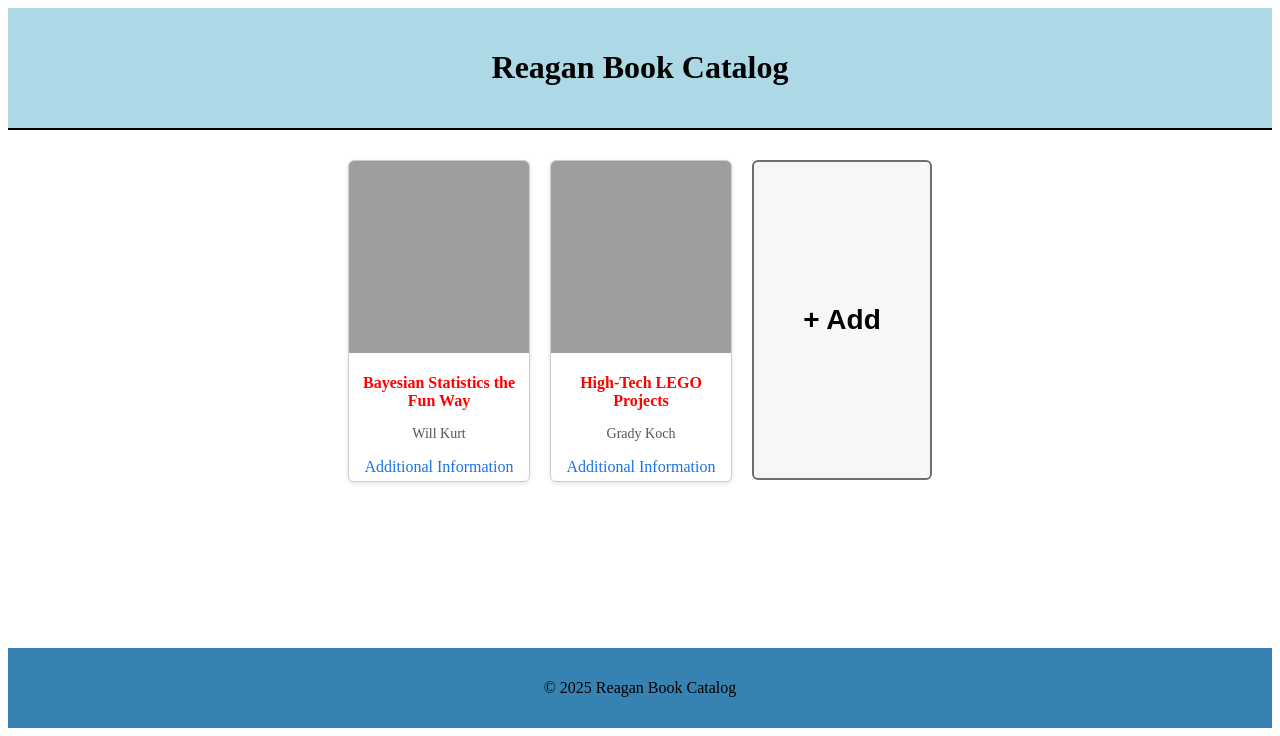
Repository: antyc0817/COMP-3170-Assignment-2-Reagan
Page: /
These files come from the project's save history. The page is drawn as it stood at one moment and after the next save; the edit follows.
The browser window is 1280 px wide. The pictures show the whole page.
Pictures or frames that could not be fetched are drawn as grey boxes. The project was rebuilt for these pictures with package versions that can differ from the ones it lists, and the page was loaded fresh each time. Also part of the build but not shown: vite.config.js, src/index.css.

Above is the page before, as saved 2025-09-11 18:41:49.

After the next save:
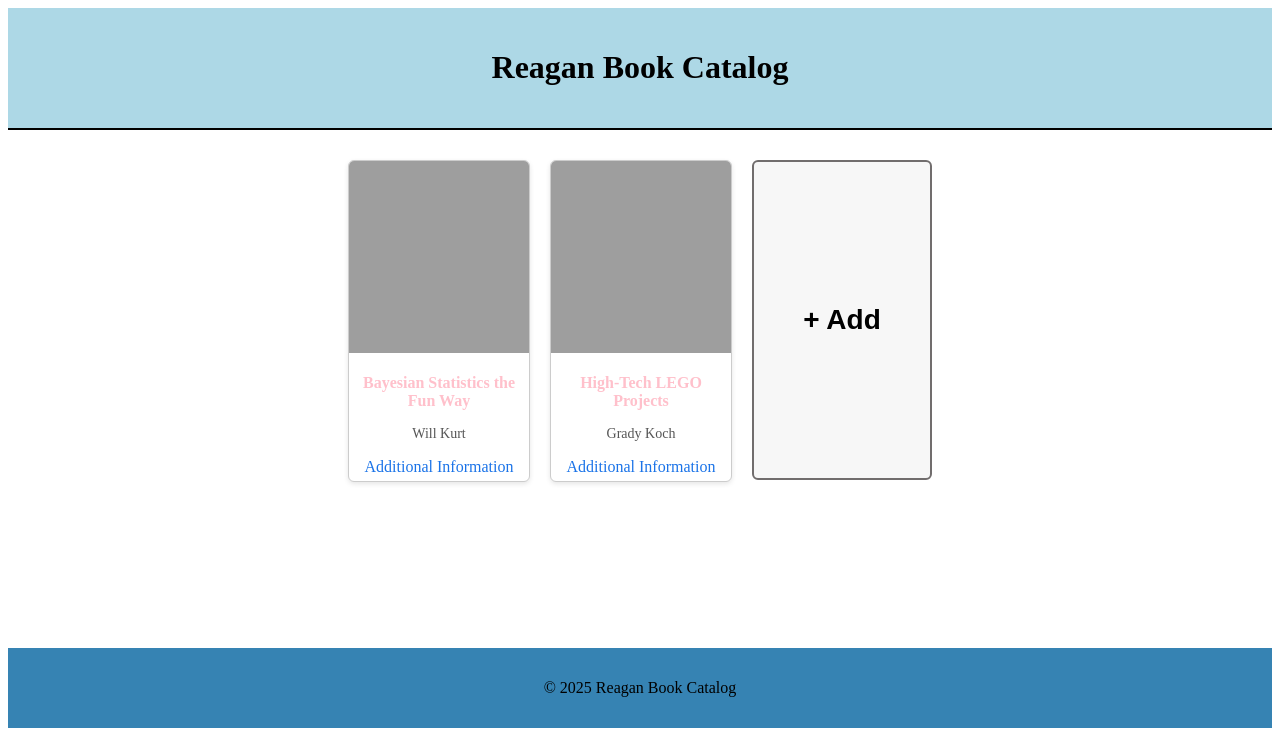
Saved 5 s later.
--- a/src/App.css
+++ b/src/App.css
@@ -57,7 +57,7 @@ use align-content for container that holds the book information
     font-size: 16px;
     margin: 10px 0 5px;
     text-align: center;
-    color: red;
+    color: pink;
 }
 
 .book p {
